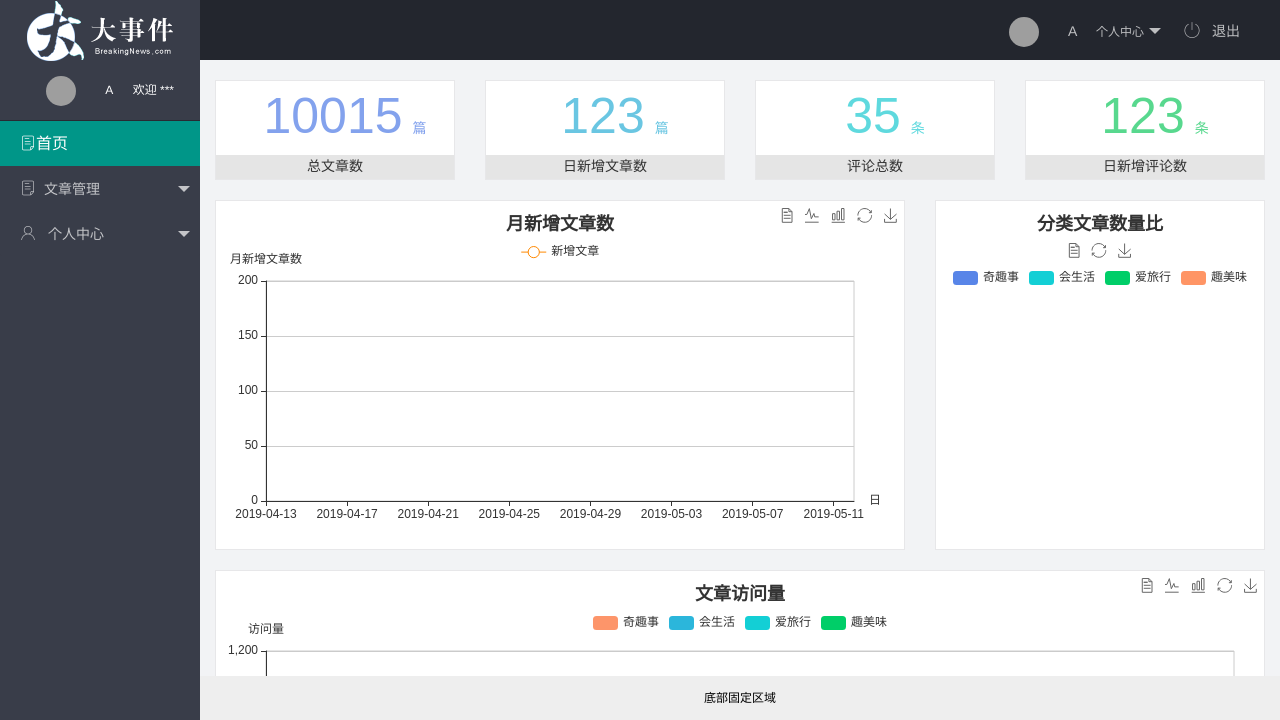
Repository: hjg520/web_bigevent
Page: index.html
The author's editor kept a copy of each file at every save. The page is drawn from the files as they stood at one save, then again after a run of saves.
The browser window is 1280 px wide. The pictures show the whole page.
Pictures or frames that could not be fetched are drawn as grey boxes.

Above is the page before, as saved 2022-05-09 19:52:13.

### index.html
<!DOCTYPE html>
<html lang="en">
<head>
    <meta charset="UTF-8">
    <meta http-equiv="X-UA-Compatible" content="IE=edge">
    <meta name="viewport" content="width=device-width, initial-scale=1.0">
    <title>后台主页</title>
    <!-- 导入 layui的样式表 -->
    <link rel="stylesheet" href="/assets/lib/layui/css/layui.css">
    <!-- 导入自己的样式表 -->
    <link rel="stylesheet" href="/assets/css/index.css" />
    <!-- 导入第三方图标库 -->
    <link rel="stylesheet" href="/assets/fonts/iconfont.css">
  </head>
<body>
    <div class="layui-layout layui-layout-admin">
      <div class="layui-header">
        <div class="layui-logo layui-hide-xs layui-bg-black">
          <img src="/assets/images/logo.png" alt=" /">
        </div>
        <!-- 头部区域（可配合layui 已有的水平导航） -->
        <ul class="layui-nav layui-layout-left">
          <!-- 移动端显示 -->
          <li class="layui-nav-item layui-show-xs-inline-block layui-hide-sm" lay-header-event="menuLeft">
            <i class="layui-icon layui-icon-spread-left"></i>
          </li>

            <dl class="layui-nav-child">
              <dd><a href="">menu 11</a></dd>
              <dd><a href="">menu 22</a></dd>
              <dd><a href="">menu 33</a></dd>
            </dl>
          </li>
        </ul>
        <ul class="layui-nav layui-layout-right">
          <li class="layui-nav-item layui-hide layui-show-md-inline-block">
            <a href="javascript:;" class="userinfo">
              <img src="//tva1.sinaimg.cn/crop.0.0.118.118.180/5db11ff4gw1e77d3nqrv8j203b03cweg.jpg" class="layui-nav-img">
              <span class="text-avatar">A</span>
              个人中心
            </a>
            <dl class="layui-nav-child">
              <dd><a href="">基本资料</a></dd>
              <dd><a href="">更换头像</a></dd>
              <dd><a href="">重置密码</a></dd>
            </dl>
          </li>
          <li class="layui-nav-item" lay-header-event="menuRight" lay-unselect>
            <a href="javascript:;">
              <span class="iconfont icon-tuichu"></span>
              退出
            </a>
          </li>
        </ul>
      </div>

      <div class="layui-side layui-bg-black">
        <div class="layui-side-scroll">
          <div class="userinfo">
            <img src="//tva1.sinaimg.cn/crop.0.0.118.118.180/5db11ff4gw1e77d3nqrv8j203b03cweg.jpg" class="layui-nav-img">
            <span class="text-avatar">A</span>
            <span id="welcome">欢迎 ***</span>
          </div>
          <!-- 左侧导航区域（可配合layui已有的垂直导航） -->
          <ul class="layui-nav layui-nav-tree" lay-shrink="all">
            <li class="layui-nav-item layui-this"><a href="/home/dashboard.html"  target="fm"><span class="iconfont icon-16">首页</span></a></li>
            <li class="layui-nav-item">
              <a class="" href="javascript:;"><span class="iconfont icon-16"></span>文章管理</a>
              <dl class="layui-nav-child">
                <dd><a href="javascript:;"><i class="layui-icon layui-icon-app"></i> 文章类别</a></dd>
                <dd><a href="javascript:;"><i class="layui-icon layui-icon-app"></i> 文章列表</a></dd>
                <dd><a href="javascript:;"><i class="layui-icon layui-icon-app"></i> 发表文章</a></dd>
              </dl>
            </li>
            <li class="layui-nav-item">
              <a href="javascript:;">
                <span class="iconfont icon-user"></span>
                个人中心
              </a>
              <dl class="layui-nav-child">
                <dd><a href="javascript:;"><i class="layui-icon layui-icon-app"></i>基本资料</a></dd>
                <dd><a href="javascript:;"><i class="layui-icon layui-icon-app"></i>更换头像</a></dd>
                <dd><a href="javascript:;"><i class="layui-icon layui-icon-app"></i>重置密码</a></dd>
              </dl>
            </li>
        </div>
      </div>

      <div class="layui-body">
        <!-- 内容主体区域 -->
        <iframe src="/home/dashboard.html" name="fm" frameborder="0"></iframe>
      </div>

      <div class="layui-footer">
        <!-- 底部固定区域 -->
        底部固定区域
      </div>
    </div>
    <!-- 导入Layui 的JS文件 -->
    <script src="/assets/lib/layui/layui.all.js"></script>
    </body>
</html>

### assets/css/index.css
.layui-footer {

    text-align: center;

    font-size: 12px;

}

.iconfont {

    margin-right: 8px;

}

.layui-icon {

    margin-right: 8px;

    margin-left: 20px;

}

iframe {

    width: 100%;

    height: 100%;

}

.layui-body {

    overflow: hidden;

}

a {

    transition: none !important;

}

.userinfo {

    height: 60px;

    line-height: 60px;

    text-align: center;

    font-size: 12px;

    user-select: none;

}

.layui-side-scroll .userinfo {

    border-bottom: 1px solid #282b33;

}

.text-avatar {

    display: inline-block;

    width: 40px;
}

### home/dashboard.html
<!DOCTYPE html>
<html lang="en">

<head>
  <meta charset="UTF-8">
  <meta name="viewport" content="width=device-width, initial-scale=1.0">
  <meta http-equiv="X-UA-Compatible" content="ie=edge">
  <title>图表统计</title>
  <link rel="stylesheet" href="../../assets/lib/bootstrap.css" />
  <link rel="stylesheet" href="../../assets/lib/main.css" />
  <script src="../../assets/lib/jquery.js"></script>
  <script type="text/javascript" src="../../assets/lib/echarts.min.js"></script>
</head>

<body>
  <div class="container-fluid">
    <div class="row spannel_list">
      <div class="col-sm-3 col-xs-6">
        <div class="spannel">
          <em>10015</em><span>篇</span>
          <b>总文章数</b>
        </div>
      </div>
      <div class="col-sm-3 col-xs-6">
        <div class="spannel scolor01">
          <em>123</em><span>篇</span>
          <b>日新增文章数</b>
        </div>
      </div>
      <div class="col-sm-3 col-xs-6">
        <div class="spannel scolor02">
          <em>35</em><span>条</span>
          <b>评论总数</b>
        </div>
      </div>
      <div class="col-sm-3 col-xs-6">
        <div class="spannel scolor03">
          <em>123</em><span>条</span>
          <b>日新增评论数</b>
        </div>
      </div>
    </div>
  </div>

  <div class="container-fluid">
    <div class="row curve-pie">
      <div class="col-lg-8 col-md-8">
        <div class="gragh_pannel" id="curve_show"></div>
      </div>
      <div class="col-lg-4 col-md-4">
        <div class="gragh_pannel" id="pie_show"></div>
      </div>
    </div>
  </div>

  <div class="container-fluid">
    <div class="column_pannel" id="column_show"></div>
  </div>

  <script>
    var oChart = echarts.init(document.getElementById('curve_show'));
    var aList_all = [
      { 'count': 36, 'date': '2019-04-13' },
      { 'count': 52, 'date': '2019-04-14' },
      { 'count': 78, 'date': '2019-04-15' },
      { 'count': 85, 'date': '2019-04-16' },
      { 'count': 65, 'date': '2019-04-17' },
      { 'count': 72, 'date': '2019-04-18' },
      { 'count': 88, 'date': '2019-04-19' },
      { 'count': 64, 'date': '2019-04-20' },
      { 'count': 72, 'date': '2019-04-21' },
      { 'count': 90, 'date': '2019-04-22' },
      { 'count': 96, 'date': '2019-04-23' },
      { 'count': 100, 'date': '2019-04-24' },
      { 'count': 102, 'date': '2019-04-25' },
      { 'count': 110, 'date': '2019-04-26' },
      { 'count': 123, 'date': '2019-04-27' },
      { 'count': 100, 'date': '2019-04-28' },
      { 'count': 132, 'date': '2019-04-29' },
      { 'count': 146, 'date': '2019-04-30' },
      { 'count': 200, 'date': '2019-05-01' },
      { 'count': 180, 'date': '2019-05-02' },
      { 'count': 163, 'date': '2019-05-03' },
      { 'count': 110, 'date': '2019-05-04' },
      { 'count': 80, 'date': '2019-05-05' },
      { 'count': 82, 'date': '2019-05-06' },
      { 'count': 70, 'date': '2019-05-07' },
      { 'count': 65, 'date': '2019-05-08' },
      { 'count': 54, 'date': '2019-05-09' },
      { 'count': 40, 'date': '2019-05-10' },
      { 'count': 45, 'date': '2019-05-11' },
      { 'count': 38, 'date': '2019-05-12' },
    ];

    let aCount = [];
    let aDate = [];

    for (var i = 0; i < aList_all.length; i++) {
      aCount.push(aList_all[i].count);
      aDate.push(aList_all[i].date);
    }

    var chartopt = {
      title: {
        text: '月新增文章数',
        left: 'center',
        top: '10'
      },
      tooltip: {
        trigger: 'axis'
      },
      legend: {
        data: ['新增文章'],
        top: '40'
      },
      toolbox: {
        show: true,
        feature: {
          mark: { show: true },
          dataView: { show: true, readOnly: false },
          magicType: { show: true, type: ['line', 'bar'] },
          restore: { show: true },
          saveAsImage: { show: true }
        }
      },
      calculable: true,
      xAxis: [
        {
          name: '日',
          type: 'category',
          boundaryGap: false,
          data: aDate
        }
      ],
      yAxis: [
        {
          name: '月新增文章数',
          type: 'value'
        }
      ],
      series: [
        {
          name: '新增文章',
          type: 'line',
          smooth: true,
          itemStyle: { normal: { areaStyle: { type: 'default' }, color: '#f80' }, lineStyle: { color: '#f80' } },
          data: aCount
        }],
      areaStyle: {
        normal: {
          color: new echarts.graphic.LinearGradient(0, 0, 0, 1, [{
            offset: 0,
            color: 'rgba(255,136,0,0.39)'
          }, {
            offset: .34,
            color: 'rgba(255,180,0,0.25)'
          }, {
            offset: 1,
            color: 'rgba(255,222,0,0.00)'
          }])

        }
      },
      grid: {
        show: true,
        x: 50,
        x2: 50,
        y: 80,
        height: 220
      }
    };

    oChart.setOption(chartopt);


    var oPie = echarts.init(document.getElementById('pie_show'));
    var oPieopt =
    {
      title: {
        top: 10,
        text: '分类文章数量比',
        x: 'center'
      },
      tooltip: {
        trigger: 'item',
        formatter: "{a} <br/>{b} : {c} ({d}%)"
      },
      color: ['#5885e8', '#13cfd5', '#00ce68', '#ff9565'],
      legend: {
        x: 'center',
        top: 65,
        data: ['奇趣事', '会生活', '爱旅行', '趣美味']
      },
      toolbox: {
        show: true,
        x: 'center',
        top: 35,
        feature: {
          mark: { show: true },
          dataView: { show: true, readOnly: false },
          magicType: {
            show: true,
            type: ['pie', 'funnel'],
            option: {
              funnel: {
                x: '25%',
                width: '50%',
                funnelAlign: 'left',
                max: 1548
              }
            }
          },
          restore: { show: true },
          saveAsImage: { show: true }
        }
      },
      calculable: true,
      series: [
        {
          name: '访问来源',
          type: 'pie',
          radius: ['45%', '60%'],
          center: ['50%', '65%'],
          data: [
            { value: 300, name: '奇趣事' },
            { value: 100, name: '会生活' },
            { value: 260, name: '爱旅行' },
            { value: 180, name: '趣美味' }
          ]
        }
      ]
    };
    oPie.setOption(oPieopt);



    var oColumn = this.echarts.init(document.getElementById('column_show'));
    var oColumnopt =
    {
      title: {
        text: '文章访问量',
        left: 'center',
        top: '10'
      },
      tooltip: {
        trigger: 'axis'
      },
      legend: {
        data: ['奇趣事', '会生活', '爱旅行', '趣美味'],
        top: '40'
      },
      toolbox: {
        show: true,
        feature: {
          mark: { show: true },
          dataView: { show: true, readOnly: false },
          magicType: { show: true, type: ['line', 'bar'] },
          restore: { show: true },
          saveAsImage: { show: true }
        }
      },
      calculable: true,
      xAxis: [
        {
          type: 'category',
          data: ['1月', '2月', '3月', '4月', '5月']
        }
      ],
      yAxis: [
        {
          name: '访问量',
          type: 'value'
        }
      ],
      series: [
        {
          name: '奇趣事',
          type: 'bar',
          barWidth: 20,
          itemStyle: {
            normal: { areaStyle: { type: 'default' }, color: '#fd956a' }
          },
          data: [800, 708, 920, 1090, 1200]
        },
        {
          name: '会生活',
          type: 'bar',
          barWidth: 20,
          itemStyle: {
            normal: { areaStyle: { type: 'default' }, color: '#2bb6db' }
          },
          data: [400, 468, 520, 690, 800]
        },
        {
          name: '爱旅行',
          type: 'bar',
          barWidth: 20,
          itemStyle: {
            normal: { areaStyle: { type: 'default' }, color: '#13cfd5' }
          },
          data: [500, 668, 520, 790, 900]
        },
        {
          name: '趣美味',
          type: 'bar',
          barWidth: 20,
          itemStyle: {
            normal: { areaStyle: { type: 'default' }, color: '#00ce68' }
          },
          data: [600, 508, 720, 890, 1000]
        }
      ],
      grid: {
        show: true,
        x: 50,
        x2: 30,
        y: 80,
        height: 260
      },
      dataZoom: [//给x轴设置滚动条
        {
          start: 0,//默认为0
          end: 100 - 1000 / 31,//默认为100
          type: 'slider',
          show: true,
          xAxisIndex: [0],
          handleSize: 0,//滑动条的 左右2个滑动条的大小
          height: 8,//组件高度
          left: 45, //左边的距离
          right: 50,//右边的距离
          bottom: 26,//右边的距离
          handleColor: '#ddd',//h滑动图标的颜色
          handleStyle: {
            borderColor: "#cacaca",
            borderWidth: "1",
            shadowBlur: 2,
            background: "#ddd",
            shadowColor: "#ddd",
          }
        }]
    };
    oColumn.setOption(oColumnopt);
  </script>
</body>

</html>

Loaded but not shown: assets/lib/layui/css/layui.css (library); assets/fonts/iconfont.css (common file); assets/lib/layui/layui.all.js (library); assets/lib/bootstrap.css (library); assets/lib/main.css (library); assets/lib/jquery.js (library); assets/lib/echarts.min.js (library); assets/lib/layui/css/modules/laydate/default/laydate.css (library); assets/lib/layui/css/modules/layer/default/layer.css (library); assets/lib/layui/css/modules/code.css (common file)

After the next 10 saves:
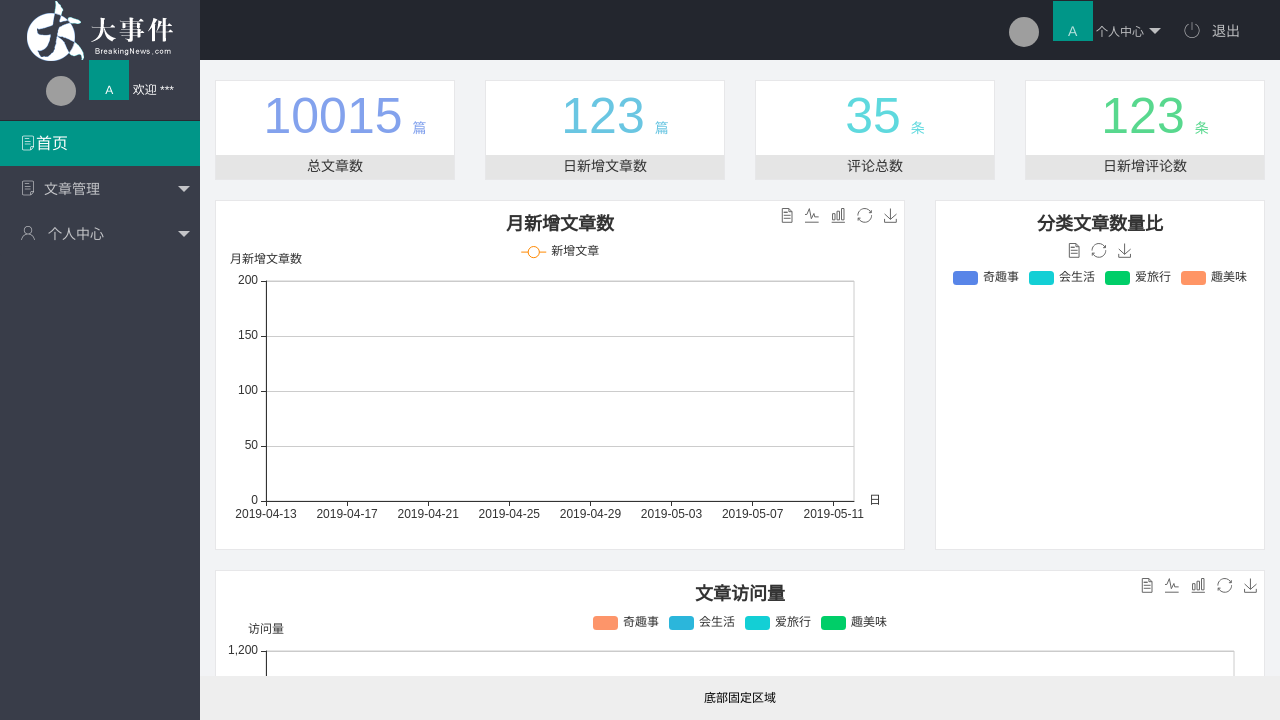
The 10 saves are shown as one change because they came seconds apart.
The last was saved 27 s later.
--- a/assets/css/index.css
+++ b/assets/css/index.css
@@ -65,4 +65,10 @@ a {
     display: inline-block;
 
     width: 40px;
+
+    height: 40px;
+
+    background-color: #009688;
+
+    border: ;
 }
